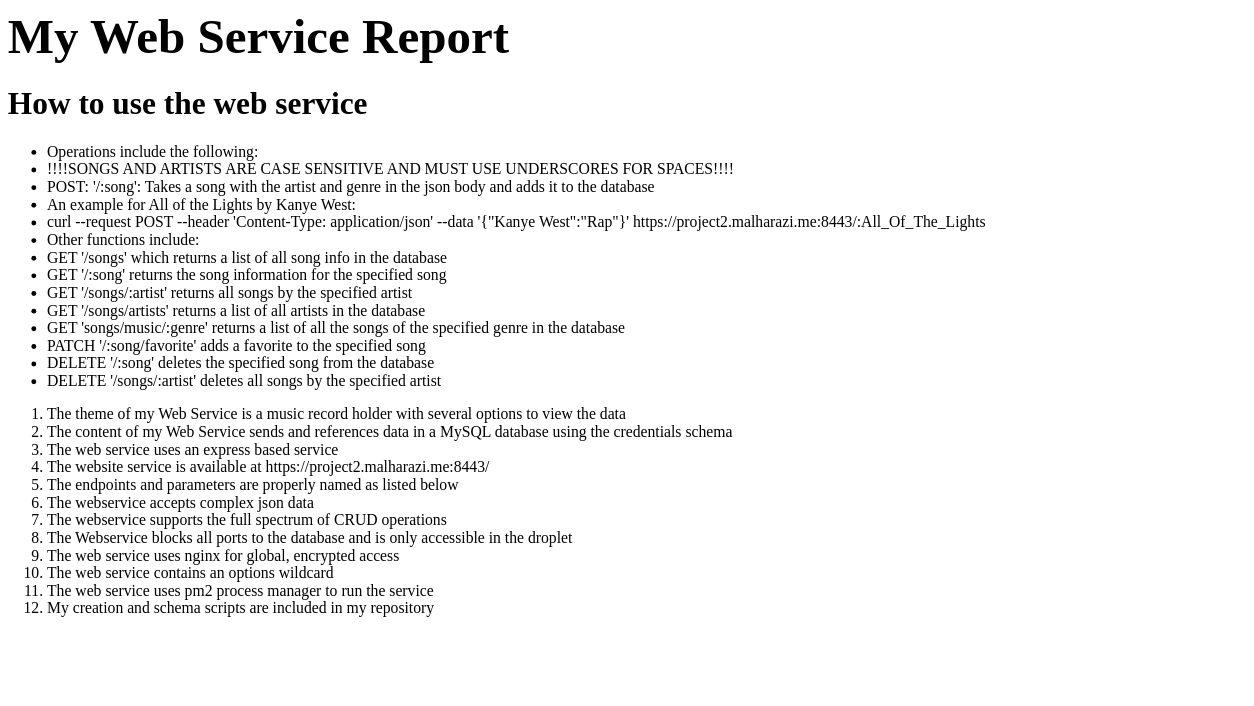
Repository: alharama/WebService
Page: report.html
The author's editor kept a copy of each file at every save. The page is drawn from the files as they stood at one save, then again after the next save.
The browser window is 1280 px wide. The pictures show the whole page, at 98% of full size.

Above is the page before, as saved 2021-11-01 19:18:42.

### report.html
<!DOCTYPE html>
<html lang="en">
  <head>
    <title>Web Service Report</title>

    <style>
      header {
        font-size: 50px;
        font-weight: bold;
      }
    </style>
  </head>

  <body>
    <header>My Web Service Report</header>

    <h1>How to use the web service</h1>
    <ul>
      <li>Operations include the following:</li>
      <li>
        !!!!SONGS AND ARTISTS ARE CASE SENSITIVE AND MUST USE UNDERSCORES FOR
        SPACES!!!!
      </li>
      <li>
        POST: '/:song': Takes a song with the artist and genre in the json body
        and adds it to the database
      </li>
      <li>An example for All of the Lights by Kanye West:</li>
      <li>
        curl --request POST --header 'Content-Type: application/json' --data
        '{"Kanye West":"Rap"}'
        https://project2.malharazi.me:8443/:All_Of_The_Lights
      </li>
      <li>Other functions include:</li>
      <li>
        GET '/songs' which returns a list of all song info in the database
      </li>
      <li>GET '/:song' returns the song information for the specified song</li>
      <li>GET '/songs/:artist' returns all songs by the specified artist</li>
      <li>
        GET '/songs/artists' returns a list of all artists in the database
      </li>
      <li>
        GET 'songs/music/:genre' returns a list of all the songs of the
        specified genre in the database
      </li>
      <li>PATCH '/:song/favorite' adds a favorite to the specified song</li>
      <li>DELETE '/:song' deletes the specified song from the database</li>
      <li>DELETE '/songs/:artist' deletes all songs by the specified artist</li>
    </ul>

    <ol>
      <li>
        The theme of my Web Service is a music record holder with several
        options to view the data
      </li>
      <li>
        The content of my Web Service sends and references data in a MySQL
        database using the credentials schema
      </li>
      <li>The web service uses an express based service</li>
      <li>
        The website service is available at https://project2.malharazi.me:8443/
      </li>
      <li>The endpoints and parameters are properly named as listed below</li>
      <li>The webservice accepts complex json data</li>
      <li>The webservice supports the full spectrum of CRUD operations</li>
      <li>
        The Webservice blocks all ports to the database and is only accessible
        in the droplet
      </li>
      <li>The web service uses nginx for global, encrypted access</li>
      <li>The web service contains an options wildcard</li>
      <li>The web service uses pm2 process manager to run the service</li>
      <li>My creation and schema scripts are included in my repository</li>
    </ol>
  </body>
</html>

After the next save:
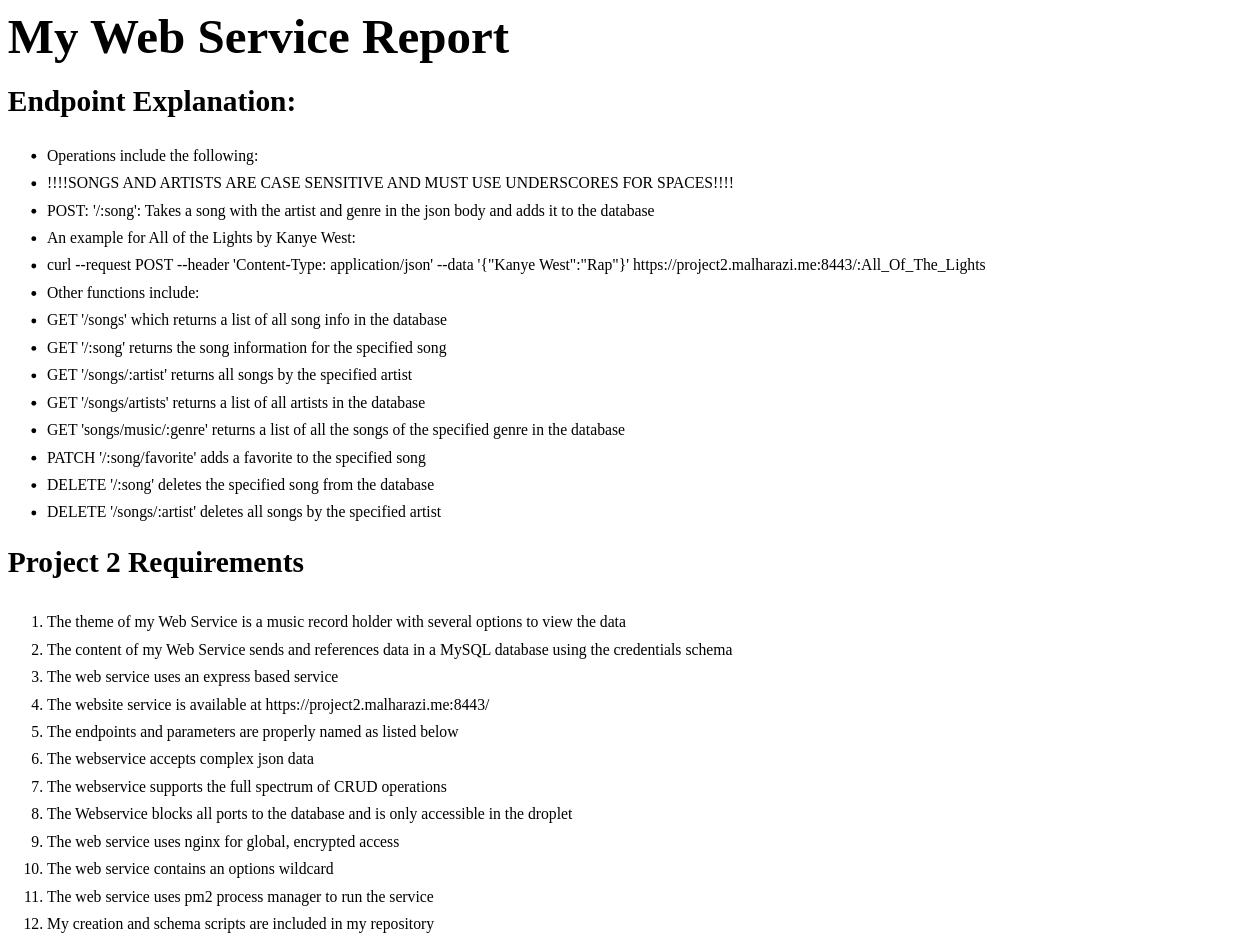
Saved 106 s later.
--- a/report.html
+++ b/report.html
@@ -8,13 +8,27 @@
         font-size: 50px;
         font-weight: bold;
       }
+
+      h1 {
+        font-size: 30px;
+        font-weight: bold;
+      }
+
+      h2 {
+        font-size: 30px;
+        font-weight: bold;
+      }
+
+      li {
+        padding-top: 10px;
+      }
     </style>
   </head>
 
   <body>
     <header>My Web Service Report</header>
 
-    <h1>How to use the web service</h1>
+    <h1>Endpoint Explanation:</h1>
     <ul>
       <li>Operations include the following:</li>
       <li>
@@ -49,6 +63,7 @@
       <li>DELETE '/songs/:artist' deletes all songs by the specified artist</li>
     </ul>
 
+    <h2>Project 2 Requirements</h2>
     <ol>
       <li>
         The theme of my Web Service is a music record holder with several
